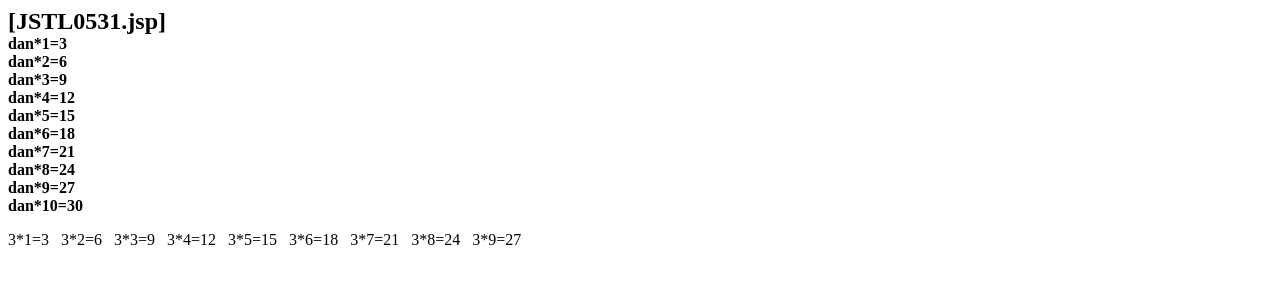
Repository: sorakazae/ITBANK_JSP_101
Page: http://localhost/Web0517/JSTL0531.jsp
An editor plug-in stored every save of this project. The page is shown before and after the next save, followed by the edit.
The browser window is 1280 px wide. The pictures show the whole page.
The page is served by Tomcat 9.

Above is the page before, as saved 2014-06-01 01:18:55.

### day8/my/Web0517/WebContent/JSTL0531.jsp
<%@ page language="java" contentType="text/html; charset=EUC-KR"
    pageEncoding="EUC-KR"%>

<%@ page import="java.util.*" %>
<%@ taglib prefix="c" uri="http://java.sun.com/jsp/jstl/core" %>

<html>
<head>
<title> [JSTL0531.jsp]</title>
</head>
<body>
 <font size=5> <b> [JSTL0531.jsp]</b></font> <br>

 <c:set var="dan" value="3"/>
 <c:forEach var="i" begin="1" end="10" step="1">
   <b>${"dan"}*${i}=${dan*i} </b><br>
 </c:forEach>



 <p>
<%
	int dan=3;
	for(int i=1; i<10; i++){
		out.println(dan+"*"+i+"="+(dan*i)+"&nbsp;&nbsp;");
	}
%>

</body>
</html>

After the next save:
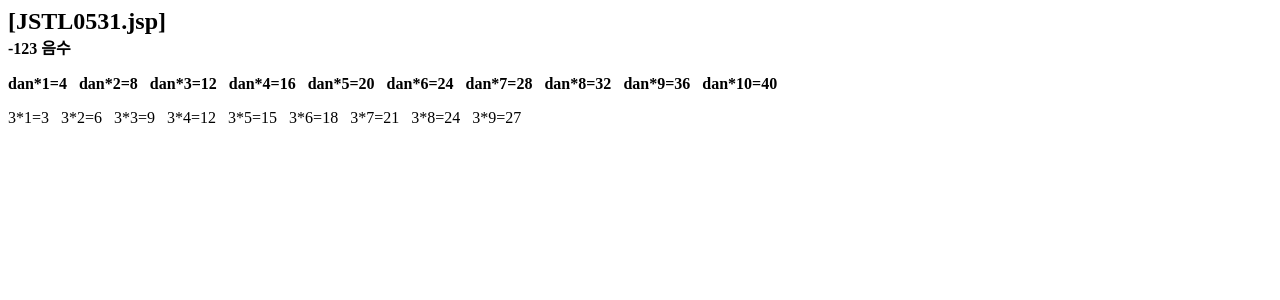
Saved 10 min 23 s later.
--- a/day8/my/Web0517/WebContent/JSTL0531.jsp
+++ b/day8/my/Web0517/WebContent/JSTL0531.jsp
@@ -10,11 +10,26 @@
 </head>
 <body>
  <font size=5> <b> [JSTL0531.jsp]</b></font> <br>
+ <c:set var="data" value="${-123}"/>
+ <c:catch>
+  <c:choose>
+  	<c:when test="${data>0}"> <b> ${data} 양수 </b></c:when>
+  	<c:when test="${data==0}"> <b> ${data} 제로 </b></c:when>
+  	<c:when test="${data<0}"> <b> ${data} 음수 </b></c:when>
+  	<c:otherwise> <b> ${data}숫자가 아닙니다 </b></c:otherwise>
+  </c:choose>
+ </c:catch>
 
- <c:set var="dan" value="3"/>
- <c:forEach var="i" begin="1" end="10" step="1">
-   <b>${"dan"}*${i}=${dan*i} </b><br>
- </c:forEach>
+
+ <p>
+ <c:set var="dan" value="${4}"/>
+ <c:catch>
+ 	<c:forEach var="i" begin="1" end="10" step="1">
+   		<c:if test="${dan != null && dan != ''}">
+   		<b>${"dan"}*${i}=${dan*i} </b>&nbsp;
+   		</c:if>
+ 	</c:forEach>
+ </c:catch>
 
 
 
